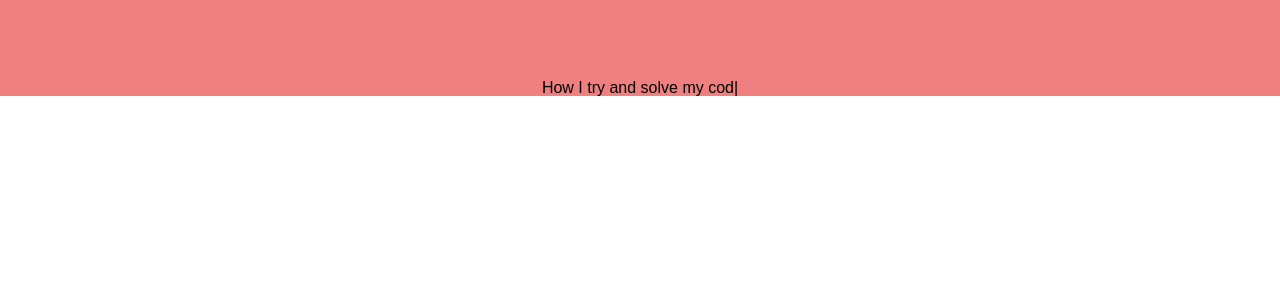
Repository: chashoff/portfolio-winner
Page: /blog (app in reactjs/)
An editor plug-in stored every save of this project. The page is shown before and after the next save, followed by the edit.
The browser window is 1280 px wide. The pictures show the whole page.
The project was rebuilt for these pictures with package versions that can differ from the ones it lists, and the page was loaded fresh each time. Also part of the build but not shown: reactjs/src/styles/Home.css, reactjs/src/components/gridItem/index.js, reactjs/src/components/social/index.css, reactjs/src/components/social/index.js, reactjs/src/views/Home.js, reactjs/src/views/About.js, reactjs/src/views/Projects.js, reactjs/src/views/Contact.js.

Above is the page before, as saved 2020-05-24 00:44:45.

After the next save:
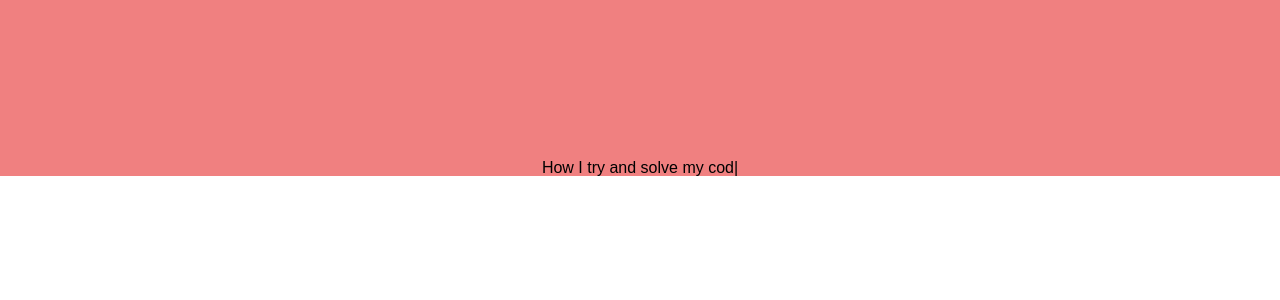
Saved 4 s later.
--- a/reactjs/src/styles/Blog.css
+++ b/reactjs/src/styles/Blog.css
@@ -2,5 +2,5 @@
     background-color: lightcoral;
 }
 .typed-js {
-    margin-top: 5em;
+    margin-top: 10em;
 }
